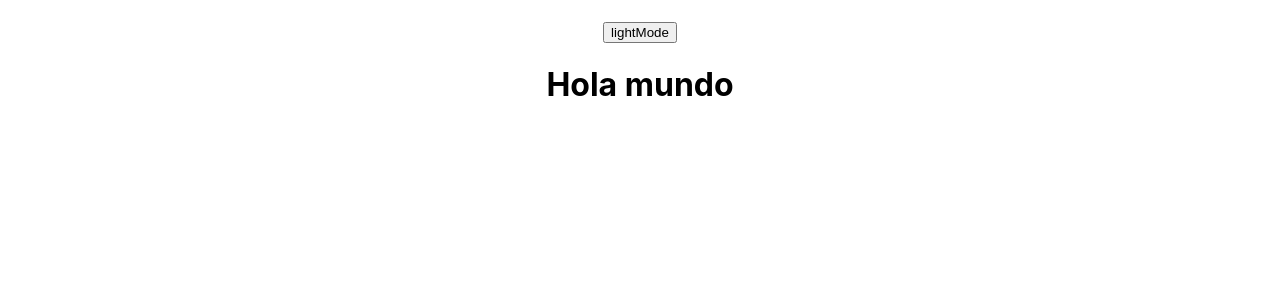
Repository: aleocampodev/react-hooks
Page: /
The author's editor kept a copy of each file at every save. The page is drawn from the files as they stood at one save, then again after the next save.
The browser window is 1280 px wide. The pictures show the whole page.
The project was rebuilt for these pictures with package versions that can differ from the ones it lists, and the page was loaded fresh each time.

Above is the page before, as saved 2022-07-16 21:48:54.

After the next save:
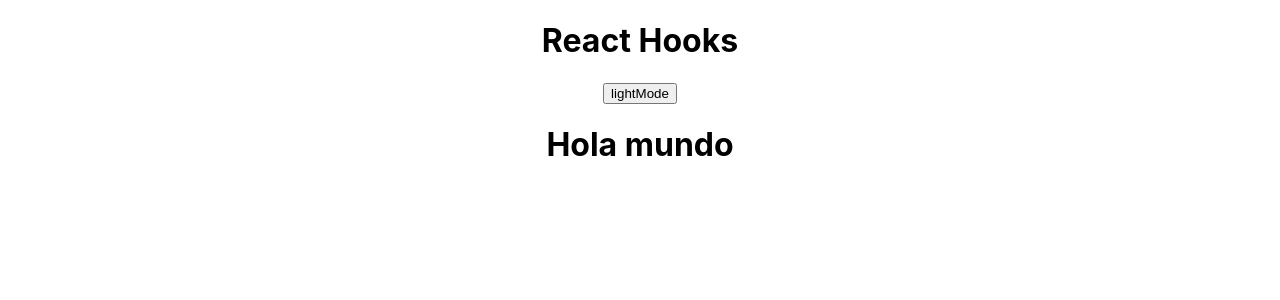
Saved 11 s later.
--- a/src/App.js
+++ b/src/App.js
@@ -5,7 +5,7 @@ import Header from "./components/Header";
 function App() {
   return (
     <div className="App">
-      <Header />
+      <Header title="React Hooks" />
       <h1>Hola mundo</h1>
     </div>
   );
